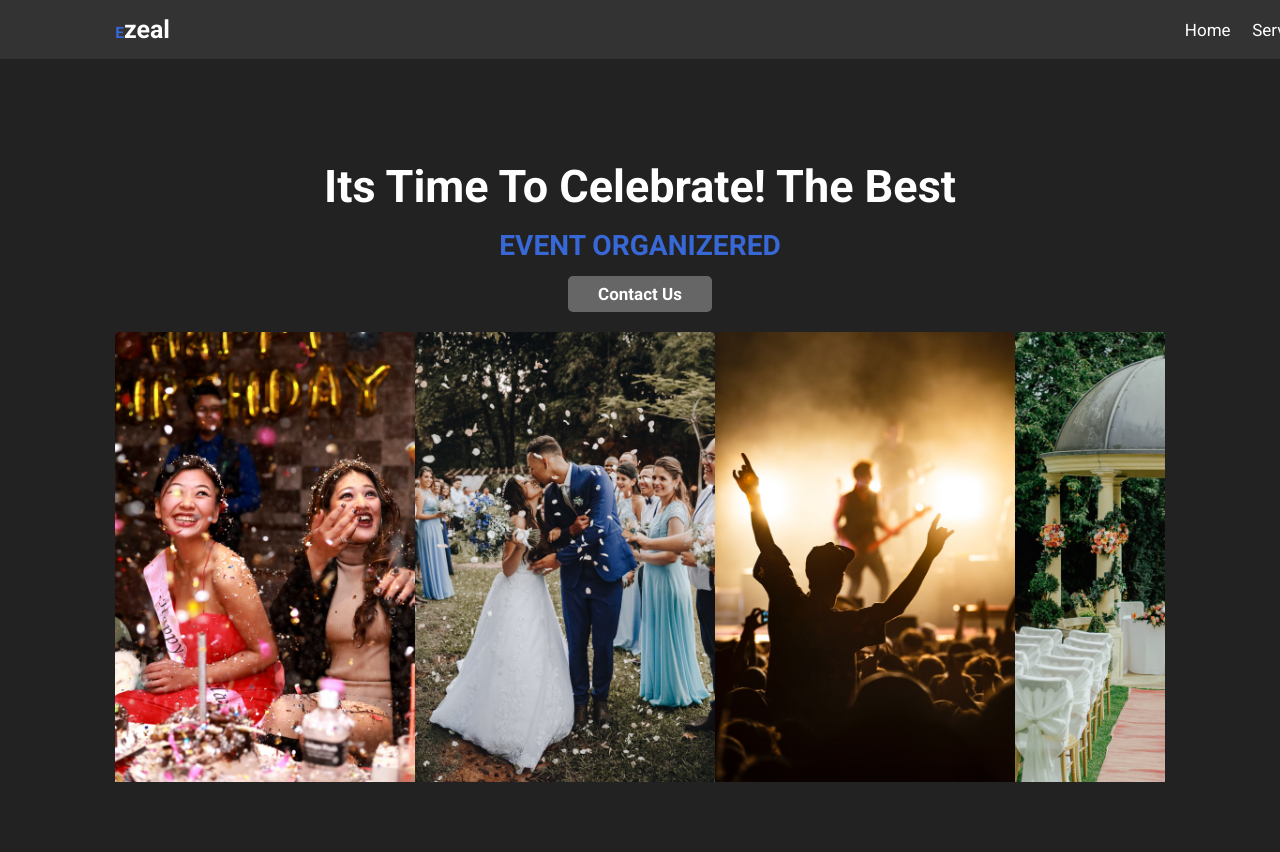
Repository: Jayce1607/First-clone
Page: html/index.html
An editor plug-in stored every save of this project. The page is shown before and after the next save, followed by the edit.
The browser window is 1280 px wide. The pictures show the whole page.

Above is the page before, as saved 2021-08-26 18:53:45.
Console error: ReferenceError: Swiper is not defined

After the next save:
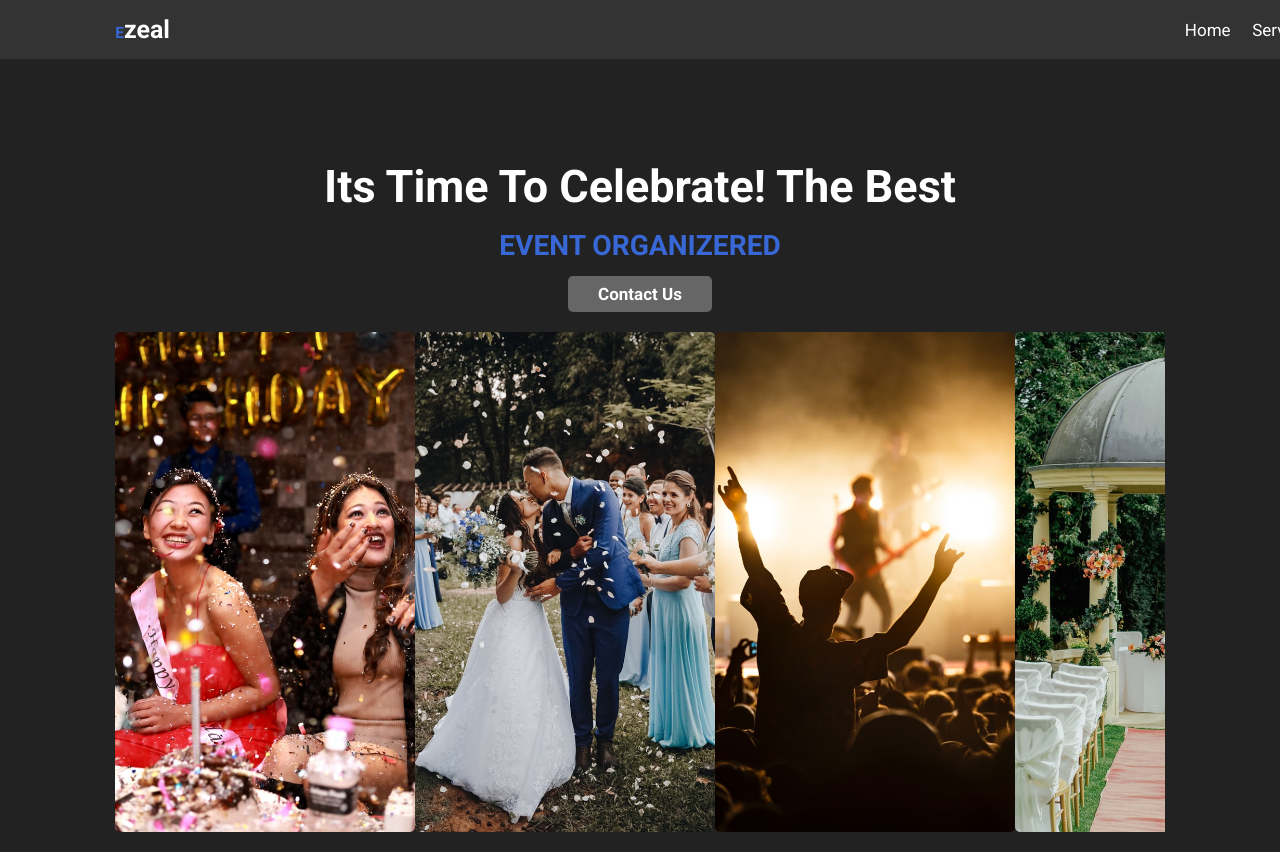
Saved 46 s later.
--- a/css/app.css
+++ b/css/app.css
@@ -72,7 +72,11 @@
   height: 50rem;
   width: 30rem;
 }
-
+.home .home-slider .swiper-slide img{
+  width: 100%;
+  height: 100%;
+  object-fit: cover;
+}
 
 
 
